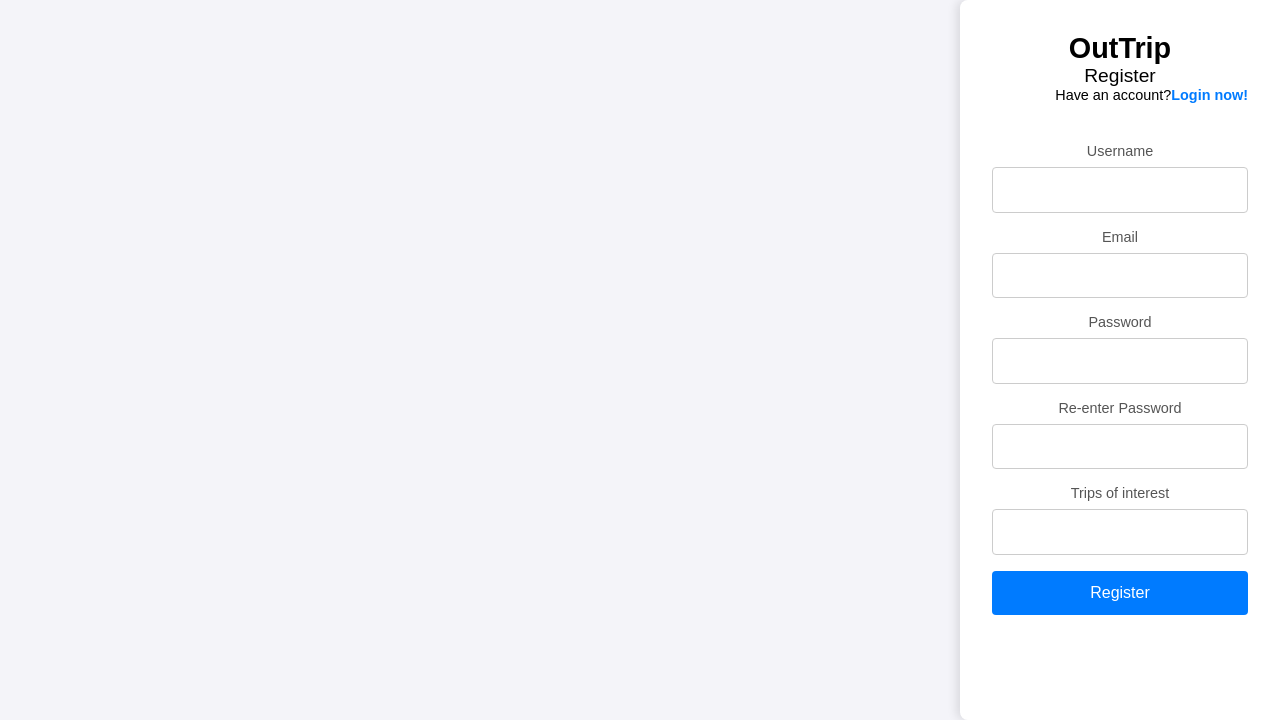
Repository: Nuttawut-Amattong/outtrip
Page: /register (app in OutTrip/)
An editor plug-in stored every save of this project. The page is shown before and after a run of saves, followed by the edit.
The browser window is 1280 px wide. The pictures show the whole page.
The project was rebuilt for these pictures with package versions that can differ from the ones it lists, and the page was loaded fresh each time. Also part of the build but not shown: OutTrip/vite.config.js, OutTrip/src/pages/Login.jsx, OutTrip/src/pages/Forgetpass.jsx.

Above is the page before, as saved 2025-05-19 01:24:25.

### OutTrip/src/main.jsx
import { StrictMode } from 'react';
import { createRoot } from 'react-dom/client';
import { BrowserRouter, Routes, Route } from 'react-router-dom';
import Login from './pages/Login.jsx';
import Register from './pages/Register.jsx';
import Forgetpass from './pages/Forgetpass.jsx';

createRoot(document.getElementById('root')).render(
  <StrictMode>
    <BrowserRouter>
      <Routes>
        <Route path="/" element={<Login />} />
        <Route path="/register" element={<Register />} />
        <Route path="/forgot-password" element={<Forgetpass />} />
      </Routes>
    </BrowserRouter>
  </StrictMode>
);

### OutTrip/src/pages/Register.jsx
import React, { useState } from 'react';
import '../CSS/register.css';

const Register = () => {
  const [formData, setFormData] = useState({
    username: '',
    email: '',
    password: '',
    rePassword: '',
    trip: ''
  });

  const [error, setError] = useState('');

  const handleChange = (e) => {
    const { name, value } = e.target;
    setFormData({
      ...formData,
      [name]: value,
    });
    setError('');
  };

  const handleSubmit = (e) => {
    e.preventDefault();

    if (formData.password !== formData.rePassword) {
      setError('Passwords do not match');
      return;
    }

    console.log('Registering user:', formData);
    // ที่นี่คุณสามารถต่อยอดส่งข้อมูลไป backend ได้เลย
  };

  return (
    <div className="register-container">
      <div className="register-header">
        <h1>OutTrip</h1>
        <h2>Register</h2>
        <div className="forgot-password-link">
          Have an account?
          <a href="/">Login now!</a>
        </div>
      </div>

      <form onSubmit={handleSubmit}>
        <label htmlFor="username">Username</label>
        <input
          type="text"
          id="username"
          name="username"
          value={formData.username}
          onChange={handleChange}
          required
        />

        <label htmlFor="email">Email</label>
        <input
          type="email"
          id="email"
          name="email"
          value={formData.email}
          onChange={handleChange}
          required
        />

        <label htmlFor="password">Password</label>
        <input
          type="password"
          id="password"
          name="password"
          value={formData.password}
          onChange={handleChange}
          required
        />

        <label htmlFor="rePassword">Re-enter Password</label>
        <input
          type="password"
          id="rePassword"
          name="rePassword"
          value={formData.rePassword}
          onChange={handleChange}
          required
        />

        <label htmlFor="trip">Trips of interest</label>
        <input
          type="text"
          id="trip"
          name="trip"
          value={formData.trip}
          onChange={handleChange}
          required
        />

        {error && <p className="error">{error}</p>}

        <button type="submit">Register</button>
      </form>
    </div>
  );
};

export default Register;

### OutTrip/src/CSS/login.css
body {
    font-family: Arial, sans-serif;
    margin: 0;
    padding: 0;
    background-color: #f4f4f9;
    display: block;
}

.login-container {
    background-color: #ffffff;
    padding: 2rem;
    border-radius: 0 8px 8px 0;
    box-shadow: 4px 0 10px rgba(0, 0, 0, 0.1);
    width: 100%;
    max-width: 320px;
    height: 100vh;
    box-sizing: border-box;
    position: fixed;
    left: 0;
    top: 0;
    display: flex;
    flex-direction: column;
}

.login-header {
    margin-bottom: 2rem; /* เพิ่มระยะห่างระหว่าง header กับ form */
    text-align: center;
}

.login-header h1 {
    font-size: 1.8rem;
    margin: 0 0 0.5rem 0;
    color: #333333;
}

.login-header .register-link {
    font-size: 0.9rem;
    color: #333333;
}

.login-header .register-link a {
    color: #007bff;
    text-decoration: none;
}

.login-header .register-link a:hover {
    text-decoration: underline;
}

.login-container form {
    display: flex;
    flex-direction: column;
    flex-grow: 1;
}

.login-container label {
    font-size: 0.9rem;
    margin-bottom: 0.5rem;
    color: #555555;
}

.login-container input[type="text"],
.login-container input[type="password"] {
    padding: 0.8rem;
    margin-bottom: 1rem;
    border: 1px solid #cccccc;
    border-radius: 4px;
    font-size: 1rem;
    box-sizing: border-box;
    width: 100%;
}

.login-container input[type="text"],
.login-container input[type="password"] {
    padding: 0.8rem;
    margin-bottom: 0.5rem; /* ลดช่องว่างระหว่างช่องกรอก */
    border: 1px solid #cccccc;
    border-radius: 4px;
    font-size: 1rem;
    box-sizing: border-box;
    width: 100%;
}

.login-container button {
    padding: 0.8rem;
    background-color: #007bff;
    color: #ffffff;
    border: none;
    border-radius: 4px;
    font-size: 1rem;
    cursor: pointer;
    transition: background-color 0.3s ease;
    margin-top: 0; /* ลบ auto เพื่อไม่ดันปุ่มลงล่าง */
}

.login-container button:hover {
    background-color: #0056b3;
}

.forgot-password-link {
    margin-top: 0.5rem;
    font-size: 0.9rem;
    color: #007bff;
    text-align: center;
}

.forgot-password-link a {
    color: inherit;
    text-decoration: none;
}

.forgot-password-link a:hover {
    text-decoration: underline;
}

.login-links {
    margin-bottom: 1rem;
    font-size: 0.85rem;
    color: #333333;
    display: flex;
    flex-direction: column;
    gap: 0.5rem;
    text-align: center;
}

.login-links a {
    color: inherit;
    text-decoration: none;
    cursor: pointer;
}

.login-links a:hover {
    text-decoration: underline;
}

### OutTrip/src/CSS/register.css
.register-container {
  background-color: #ffffff;
  padding: 2rem;
  border-radius: 8px 0 0 8px;       /* มุมโค้งด้านซ้าย (ตรงข้าม login) */
  box-shadow: -4px 0 10px rgba(0, 0, 0, 0.1); /* เงาทางซ้าย */
  width: 100%;
  max-width: 320px;
  height: 100vh;
  box-sizing: border-box;
  position: fixed;
  right: 0;           /* อยู่ด้านขวา */
  top: 0;

  display: flex;
  flex-direction: column;
  align-items: center;
  text-align: center;
}

.register-header {
  width: 100%;
  margin-bottom: 1.5rem;   /* ปรับระยะห่างให้เหมือน login */
  text-align: center;
}

.register-header h1,
.register-header h2,
.forgot-password-link {
  margin: 0 0 0.5rem 0;
  padding: 0;
  width: 100%;
  text-align: center;
}

.register-header h1 {
  font-size: 1.8rem;    /* ตาม login */
  margin-bottom: 1.5rem;
  color: #333333;
  font-weight: bold;
}

.register-header h2 {
  font-size: 1.2rem;
  color: #555555;
  font-weight: normal;
}

/* ฟอร์มและส่วนอื่นๆ เหมือน login */
.register-container form {
  display: flex;
  flex-direction: column;
  width: 100%;
}

.register-container label {
  font-size: 0.9rem;
  margin-bottom: 0.5rem;
  color: #555555;
}

.register-container input[type="text"],
.register-container input[type="email"],
.register-container input[type="password"] {
  padding: 0.8rem;
  margin-bottom: 1rem;
  border: 1px solid #cccccc;
  border-radius: 4px;
  font-size: 1rem;
  width: 100%;
  box-sizing: border-box;
}

.register-container input:focus {
  border-color: #007bff;
  outline: none;
}

.register-container button {
  padding: 0.8rem;
  background-color: #007bff;
  color: #ffffff;
  border: none;
  border-radius: 4px;
  font-size: 1rem;
  cursor: pointer;
  transition: background-color 0.3s ease;
}

.register-container button:hover {
  background-color: #0056b3;
}

.register-container p {
  font-size: 0.9rem;
  color: red;
  margin-top: -0.5rem;
  margin-bottom: 1rem;
}

.forgot-password-link {
  font-size: 0.9rem;
  color: #333;
}

.forgot-password-link a {
  color: #007bff;
  text-decoration: none;
  font-weight: 600;
}

.forgot-password-link a:hover {
  text-decoration: underline;
}

### OutTrip/src/CSS/forgetpass.css
body {
    font-family: Arial, sans-serif;
    margin: 0;
    padding: 0;
    background-color: #f4f4f9;
    display: block;
}


.forgetpass-container {
    background-color: #ffffff;
    padding: 2rem;
    border-radius: 0 8px 8px 0;
    box-shadow: 4px 0 10px rgba(0, 0, 0, 0.1);
    width: 100%;
    max-width: 400px;
    height: 100vh;
    box-sizing: border-box;
    position: fixed;
    left: 0;
    top: 0;
}

.forgetpass-title {
    font-size: 1.5rem;
    font-weight: 600;
    color: #333;
    margin-bottom: 20px;
}

.forgetpass-form {
    width: 100%;
    display: flex;
    flex-direction: column;
}

.forgetpass-label {
    font-size: 0.9rem;
    color: #444;
    margin-bottom: 6px;
}

.forgetpass-input {
    padding: 10px;
    font-size: 1rem;
    border: 1px solid #ccc;
    border-radius: 5px;
    margin-bottom: 16px;
    outline: none;
    transition: border 0.2s;
}

.forgetpass-input:focus {
    border-color: #999;
}

.forgetpass-btn {
    background-color: #333;
    color: #fff;
    font-size: 1rem;
    font-weight: 500;
    border: none;
    border-radius: 5px;
    padding: 10px 0;
    cursor: pointer;
    transition: background-color 0.2s;
}

.forgetpass-btn:hover {
    background-color: #222;
}

.forgetpass-link {
    margin-top: 14px;
    font-size: 0.85rem;
    color: #666;
    text-align: center;
    text-decoration: none;
}

.forgetpass-link:hover {
    text-decoration: underline;
}

.register-header {
  margin-bottom: 2rem;    /* เว้นระยะห่างกับฟอร์ม */
  text-align: right;      /* จัดข้อความชิดขวา */
  color: #000000;         /* กำหนดสีข้อความทั้งหมดเป็นดำ (หรือสีที่ต้องการ) */
}

.register-header h1,
.register-header h2 {
  margin: 0;
  color: inherit;         /* ให้ h1, h2 ใช้สีเดียวกับ parent (.register-header) */
}

.forgot-password-link {
  font-size: 0.9rem;
  color: inherit;         /* ใช้สีเดียวกับ .register-header คือดำ */
  text-align: right;      /* ให้ข้อความในลิงก์ติดขวา */
}

.forgot-password-link a {
  color: #007bff;         /* ลิงก์สีฟ้า */
  text-decoration: none;
}

.forgot-password-link a:hover {
  text-decoration: underline;
}

Loaded but not shown: OutTrip/index.html (common file)

After the next 5 saves:
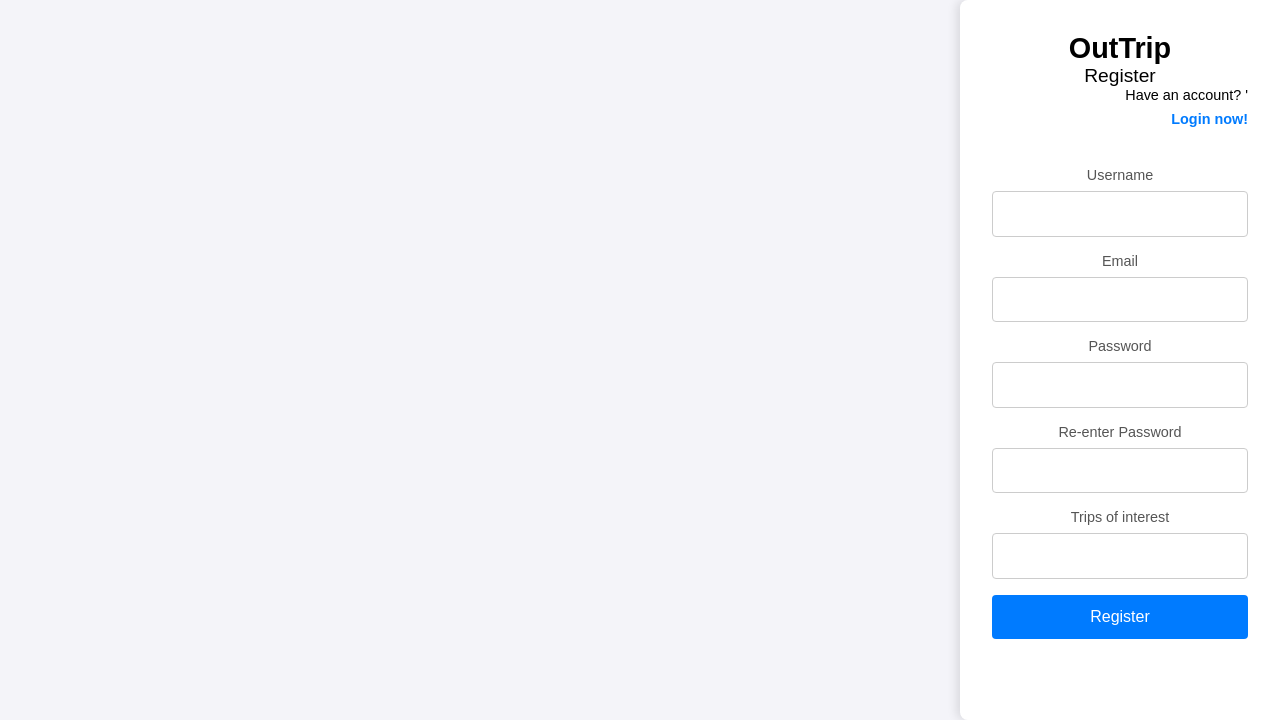
The 5 saves are shown as one change because they came seconds apart.
The last was saved 13 s later.
--- a/OutTrip/src/pages/Register.jsx
+++ b/OutTrip/src/pages/Register.jsx
@@ -39,7 +39,8 @@ const Register = () => {
         <h1>OutTrip</h1>
         <h2>Register</h2>
         <div className="forgot-password-link">
-          Have an account?
+          Have an account? '
+            <p></p>
           <a href="/">Login now!</a>
         </div>
       </div>
